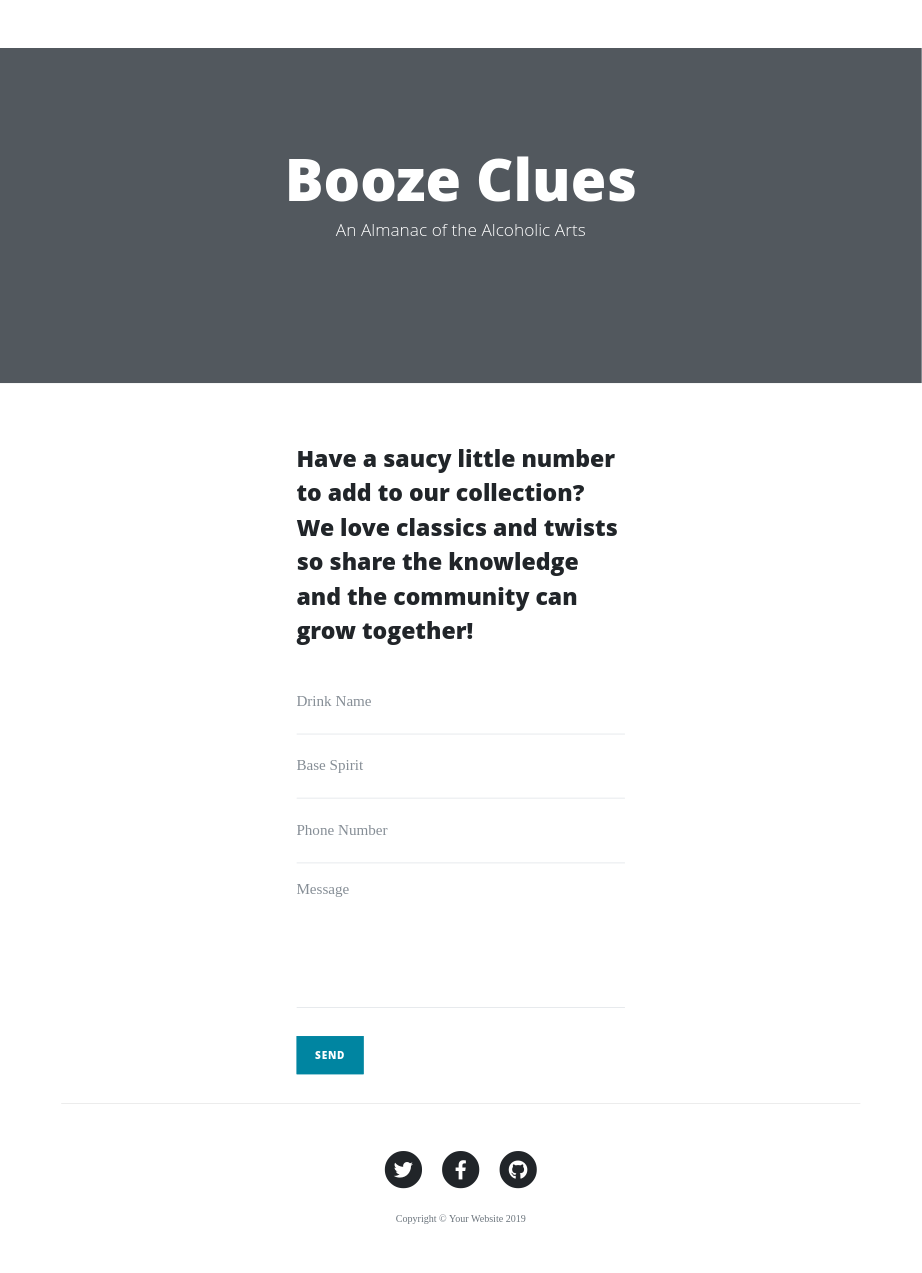
Repository: LiamB123/Booze-Clues
Page: http://localhost/add_recipe
The author's editor kept a record of every edit. The page is drawn from the files as they stood at one moment, then again after the next edit.
The browser window is 1280 px wide. The pictures show the whole page, at 72% of full size.
Some web fonts or font styles are not loaded; a fallback is used. The page is served by the project's application, run on Flask 3 (app.py). Queries for data that is not in the repository find no rows.

Above is the page before.

After the next edit:
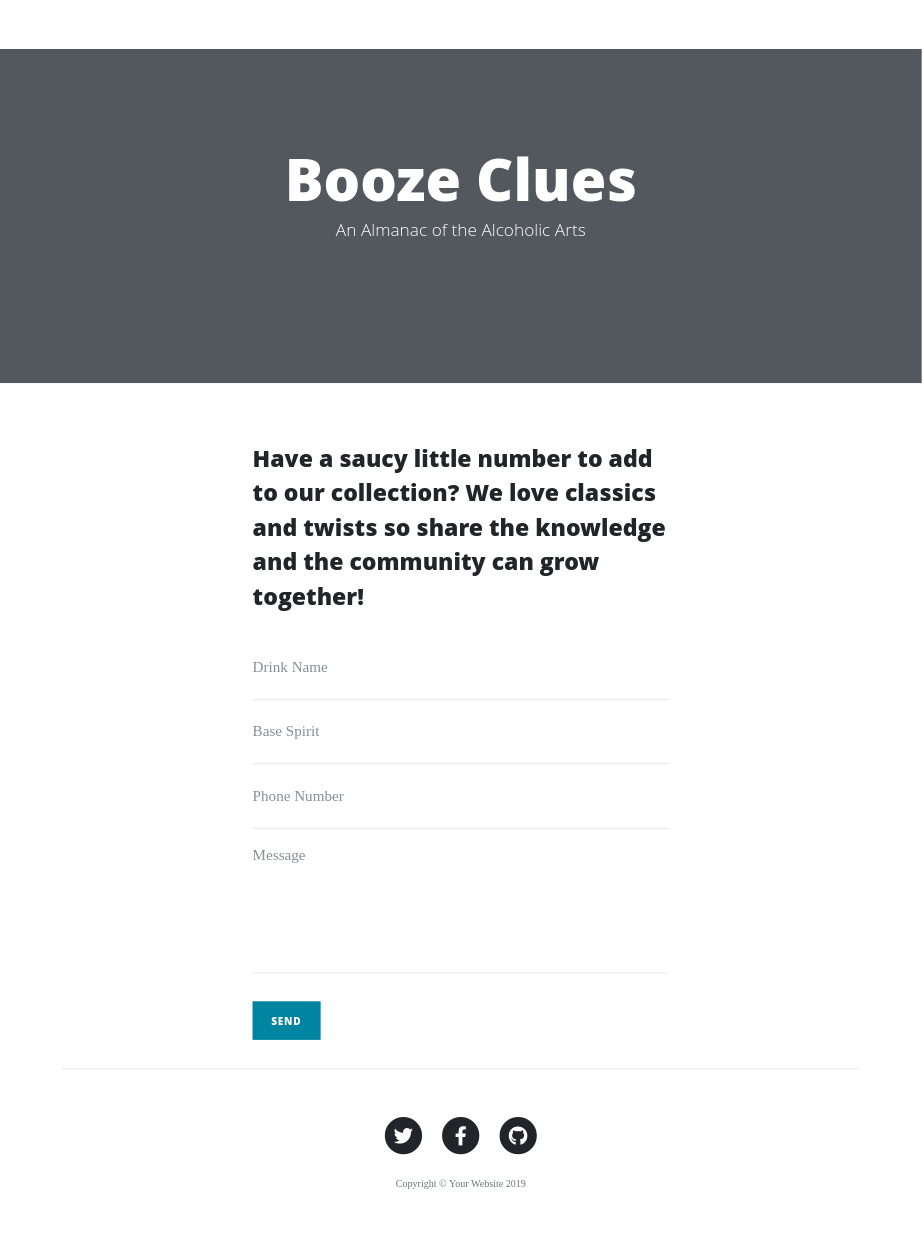
The edit:
--- a/templates/add_recipe.html
+++ b/templates/add_recipe.html
@@ -2,7 +2,7 @@
 
 <div class="container">
     <div class="row">
-        <div class="col-lg-8 col-md-10 mx-auto">
+        <div class="col-lg-10 col-md-10 mx-auto">
             <p>Have a saucy little number to add to our collection? We love classics and twists so share the knowledge and the community can grow together!</p>
             <!-- Contact Form - Enter your email address on line 19 of the mail/contact_me.php file to make this form work. -->
             <!-- WARNING: Some web hosts do not allow emails to be sent through forms to common mail hosts like Gmail or Yahoo. It's recommended that you use a private domain email address! -->
